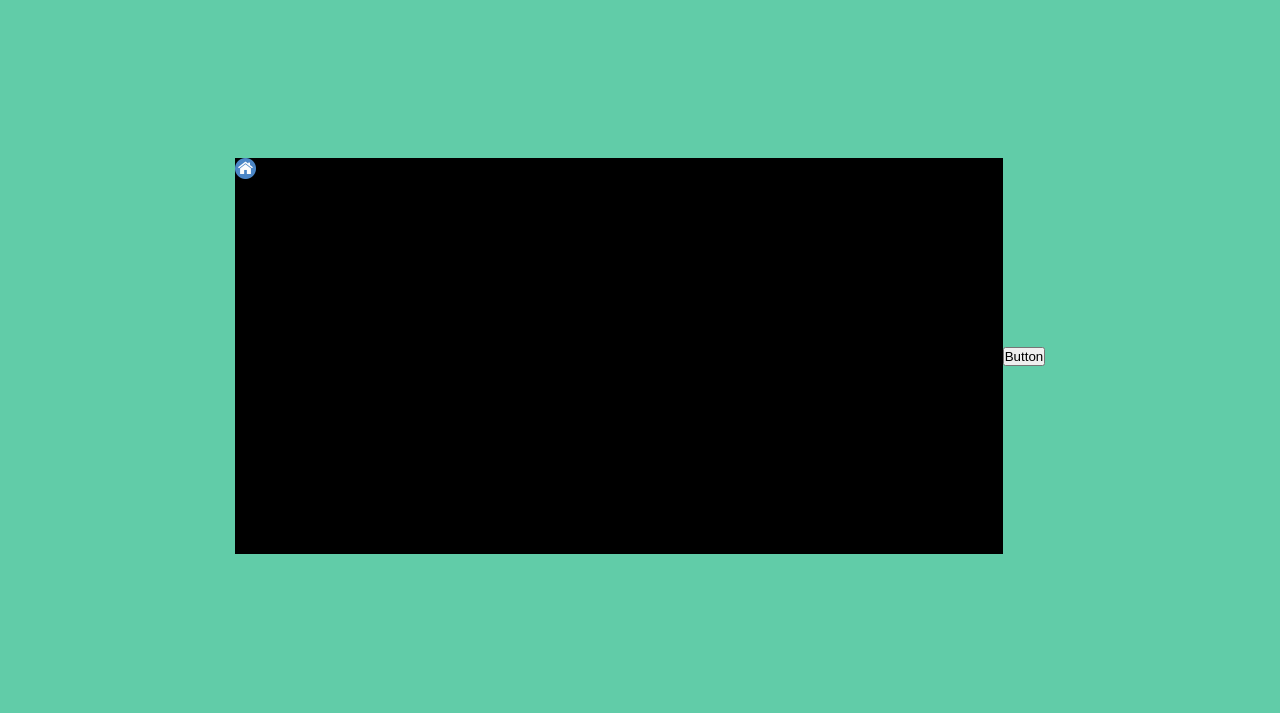
Repository: gitveerak/git-message-chat
Page: demo/demo1.html
The author's editor kept a copy of each file at every save. The page is drawn from the files as they stood at one save, then again after the next save.
The browser window is 1280 px wide. The pictures show the whole page.

Above is the page before, as saved 2025-04-20 18:14:59.

After the next save:
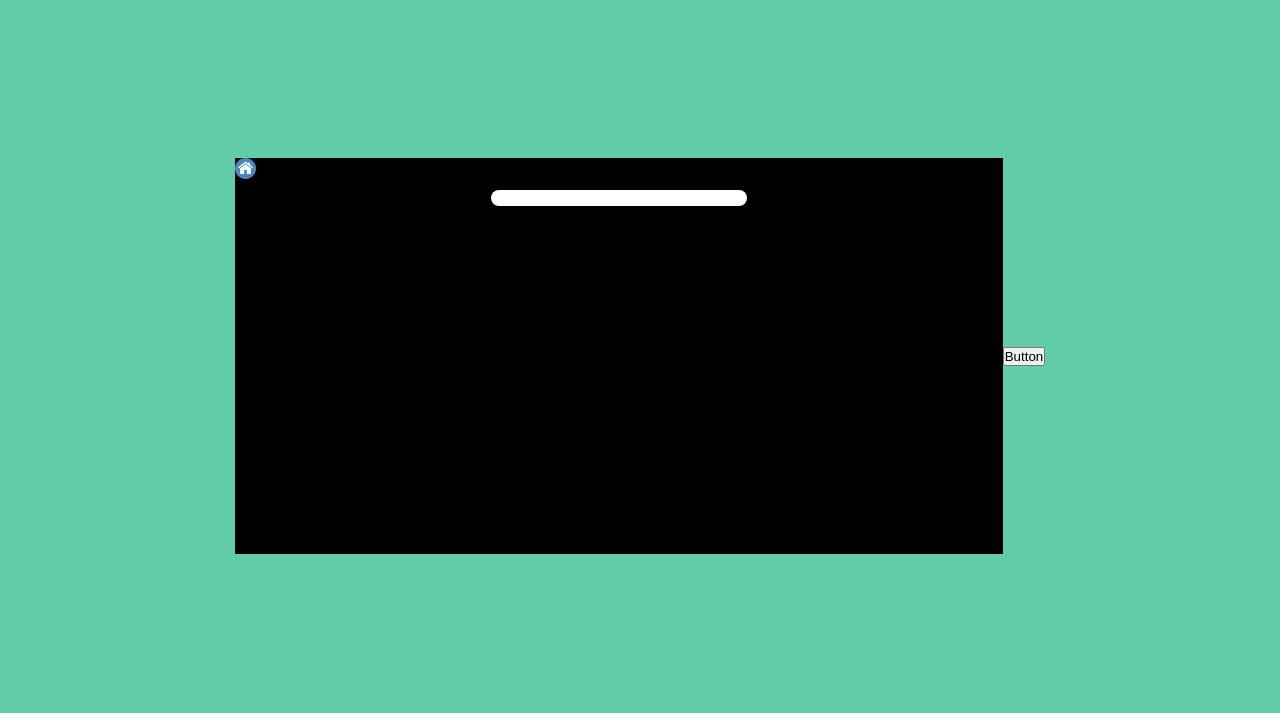
Saved 13 s later.
--- a/demo/demo1.html
+++ b/demo/demo1.html
@@ -30,6 +30,7 @@
             left: 50%;
             transform: translateX(-50%);
             width: 20vw;
+            height: 1em;
             border-radius: 5em;
             background-color: white;
         }
